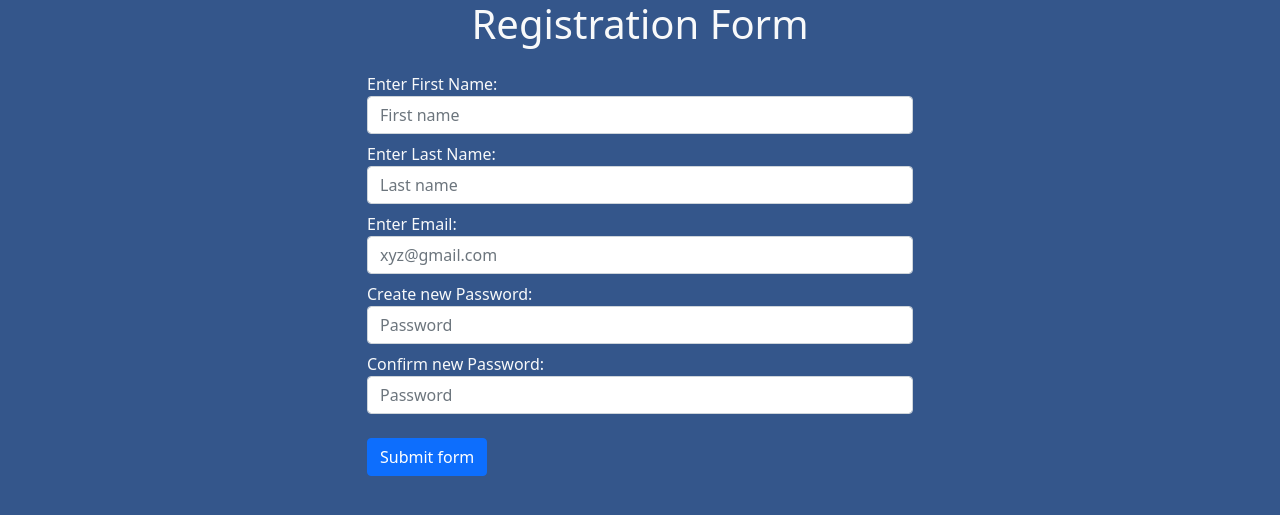
Repository: paresh-art/MyWebsite
Page: http://localhost/com.website/signup.jsp
An editor plug-in stored every save of this project. The page is shown before and after the next save, followed by the edit.
The browser window is 1280 px wide. The pictures show the whole page.
The page is served by Tomcat 9.

Above is the page before, as saved 2022-11-07 15:03:19.

After the next save:
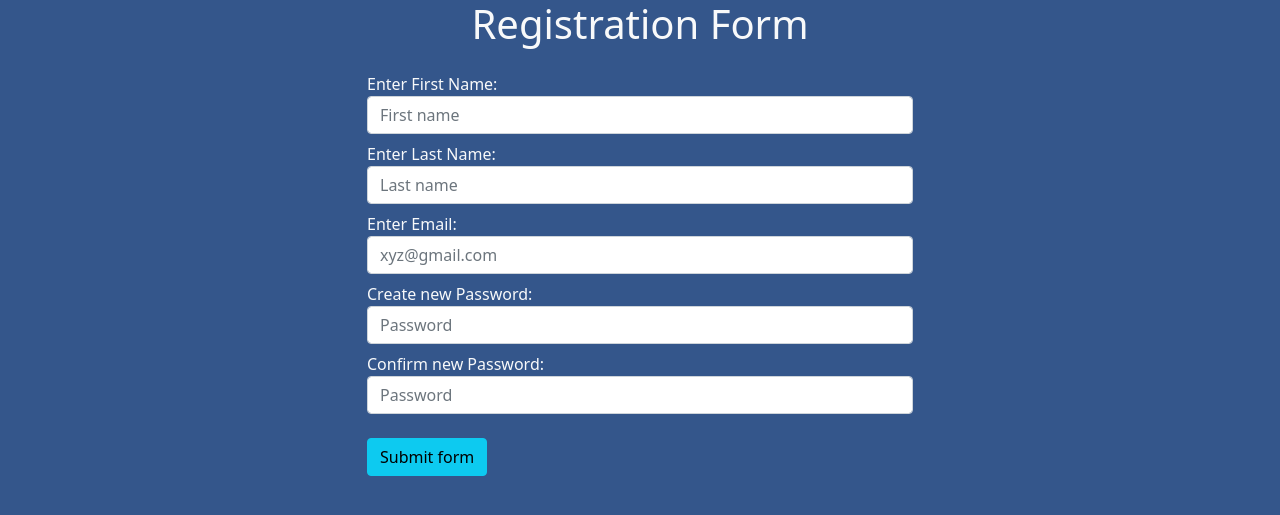
Saved 2 min 36 s later.
--- a/com.website/src/main/webapp/signup.jsp
+++ b/com.website/src/main/webapp/signup.jsp
@@ -22,7 +22,7 @@
 		<form class="mt-4">
 			<div class="row">
 				<div class="col-lg-6 col-md-8 col-sm-12 mx-auto text-light">
-					Enter First Name:<input type="text" class="form-control text-dark"
+					Enter First Name:<input type="text" class="form-control"
 						placeholder="First name">
 				</div>
 			</div>
@@ -54,7 +54,7 @@
 			<br>
 			<div class="row">
 				<div class="col-lg-6 col-md-8 col-sm-12 mx-auto text-light">
-					<button class="btn btn-primary" type="submit">Submit form</button>
+					<button class="btn btn-info" type="submit">Submit form</button>
 				</div>
 
 			</div>

After the save that followed:
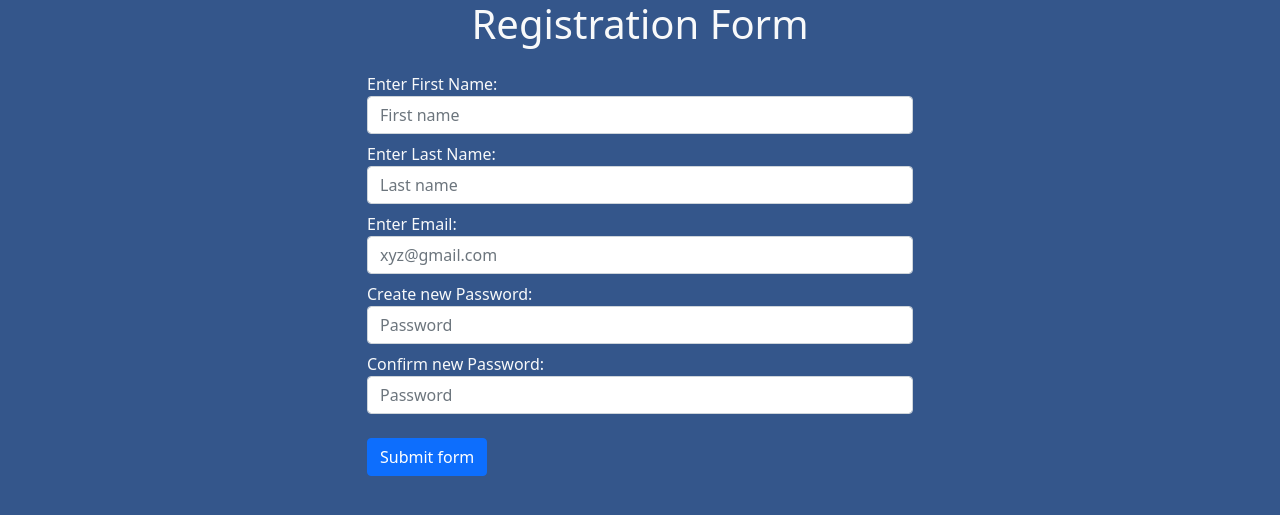
Saved 76 s later.
--- a/com.website/src/main/webapp/signup.jsp
+++ b/com.website/src/main/webapp/signup.jsp
@@ -54,7 +54,7 @@
 			<br>
 			<div class="row">
 				<div class="col-lg-6 col-md-8 col-sm-12 mx-auto text-light">
-					<button class="btn btn-info" type="submit">Submit form</button>
+					<button class="btn btn-primary " type="submit">Submit form</button>
 				</div>
 
 			</div>
